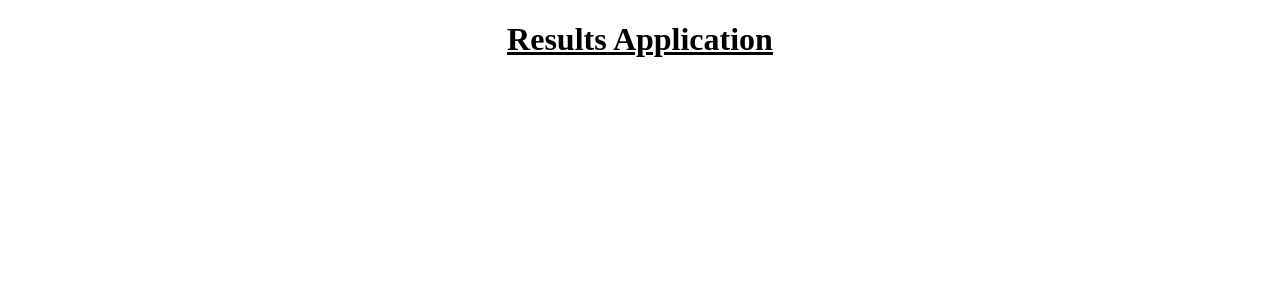
Repository: venugopalakrishnamylavarapu/Naresh-It-Full-Stack-java-Developer
Page: Advanced Java/Coding/Results(MVC)/src/main/webapp/results.html
The author's editor kept a copy of each file at every save. The page is drawn from the files as they stood at one save, then again after the next save.
The browser window is 1280 px wide. The pictures show the whole page.

Above is the page before, as saved 2023-03-23 15:13:40.

### Advanced Java/Coding/Results(MVC)/src/main/webapp/results.html
<!DOCTYPE html>
<html>
<head>
<meta charset="ISO-8859-1">
<title>Insert title here</title>
</head>
<body>
<center>
<h1><u>Results Application</u></h1>
<form>

</form>
</center>

</body>
</html>

After the next save:
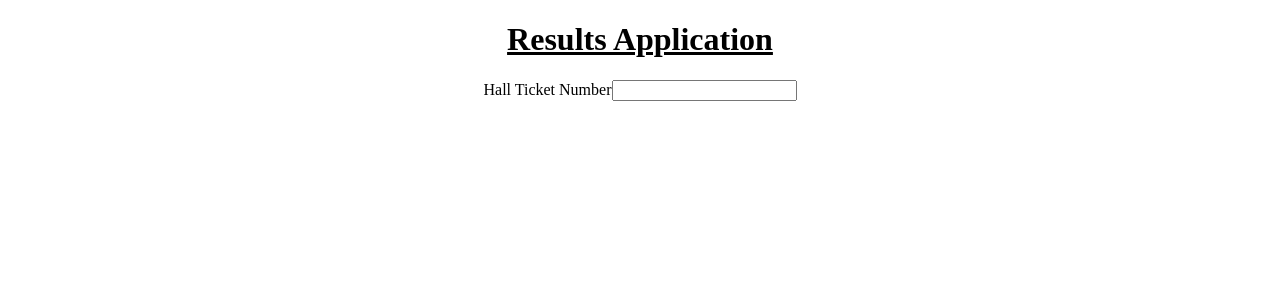
Saved 29 s later.
--- a/Advanced Java/Coding/Results(MVC)/src/main/webapp/results.html
+++ b/Advanced Java/Coding/Results(MVC)/src/main/webapp/results.html
@@ -7,8 +7,8 @@
 <body>
 <center>
 <h1><u>Results Application</u></h1>
-<form>
-
+<form action=results>
+Hall Ticket Number<input type=text name=hno><br>
 </form>
 </center>
 
